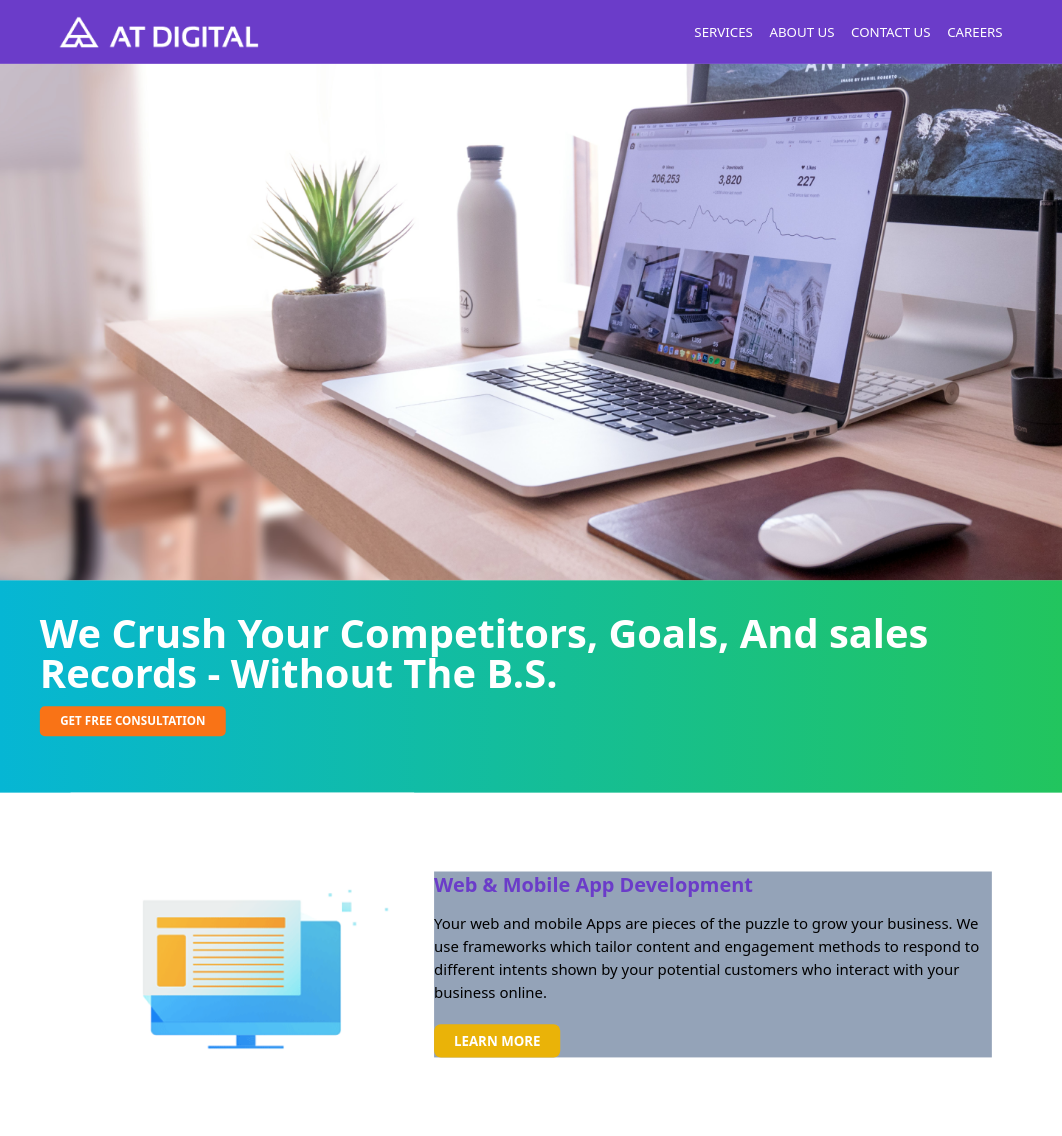
Repository: Milith97/AT-Digital-Website
Page: /
These files come from the project's save history. The page is drawn as it stood at one moment and after the next save; the edit follows.
The browser window is 1280 px wide. The pictures show the whole page, at 83% of full size.
The project was rebuilt for these pictures with package versions that can differ from the ones it lists, and the page was loaded fresh each time. Also part of the build but not shown: vite.config.js.

Above is the page before, as saved 2024-04-06 22:33:15.

After the next save:
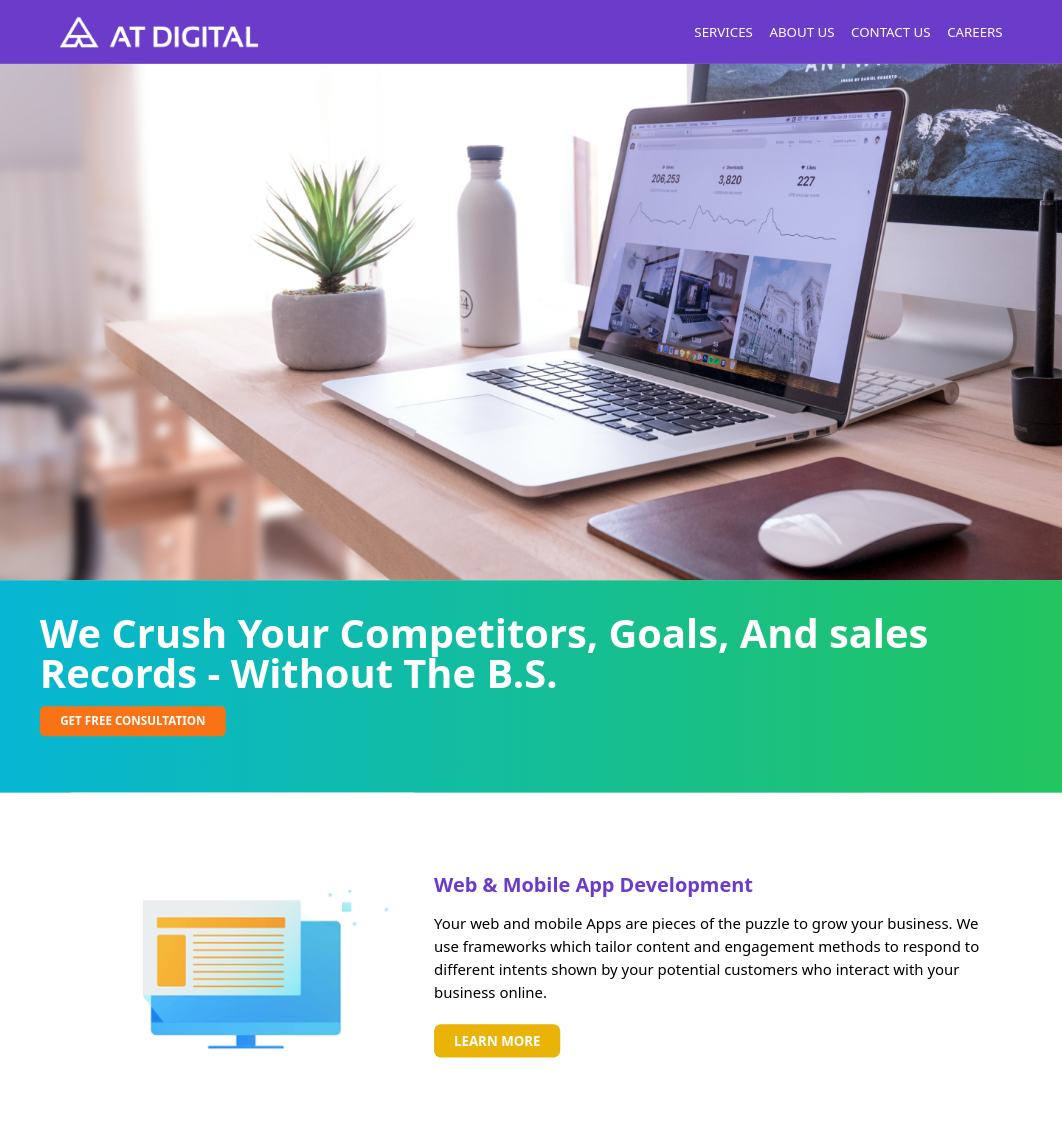
Saved 6 s later.
--- a/src/Components/Servicers.jsx
+++ b/src/Components/Servicers.jsx
@@ -32,7 +32,7 @@ const Services = () => {
             </div>
 
             {/* Right Side (Content) */}
-            <div className="max-w-2xl bg-slate-400">
+            <div className="max-w-2xl">
                 <h2 className=" md:text-2xl lg:text-3xl xl:text-2xl 2xl:text:4xl  font-bold mb-4 text-[#6B3CC9]">Web & Mobile App Development</h2>
                 <p className="md:text-lg lg:text-lg xl:text-lg 2xl:text-lg font-normal mb-6">Your web and mobile Apps are pieces of the puzzle to grow your business. We use frameworks which tailor content and engagement methods to respond to different intents shown by your potential customers who interact with your business online.</p>
                 <button className="bg-yellow-500 text-white font-bold py-2 px-6 rounded-lg hover:bg-yellow-600 transition-colors">LEARN MORE</button>
